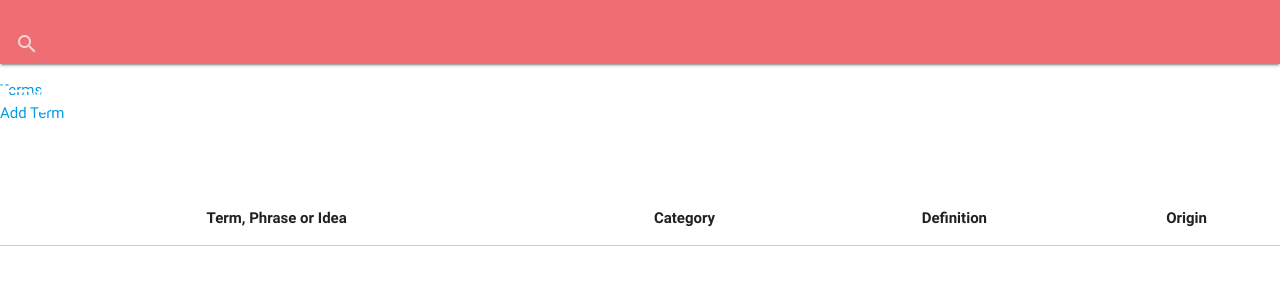
Repository: kalkiboru111/irish-dictionary-of-received-ideas
Page: http://localhost/
The author's editor kept a record of every edit. The page is drawn from the files as they stood at one moment, then again after the next edit.
The browser window is 1280 px wide. The pictures show the whole page.
Some web libraries are served in a nearby version. The page is served by the project's application, run on Flask 3 (app.py). Queries for data that is not in the repository find no rows.

Above is the page before.

After the next edit:
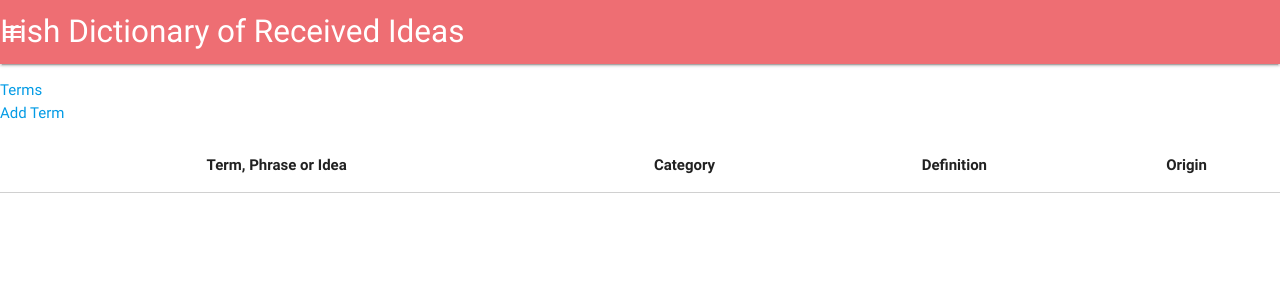
The edit:
--- a/templates/base.html
+++ b/templates/base.html
@@ -10,15 +10,9 @@
 <body>
     <nav>
         <div class="nav-wrapper">
-            <form>
-                <div class="input-field">
-                    <input id="search" type="search" required>
-                    <label class="label-icon" for="search"><i class="material-icons">search</i></label>
-                    <i class="material-icons">close</i>
-                </div>
-            </form>
-            <a href="#!" class="brand-logo">Logo</a>
+            <a href="#!" class="brand-logo">Irish Dictionary of Received Ideas</a>
             <a href="#" data-target="mobile-demo" class="sidenav-trigger"><i class="material-icons">menu</i></a>
+
 
             <ul class="right hide-on-med-and-down">
                 <li><a href="terms.html">Terms</a></li>
